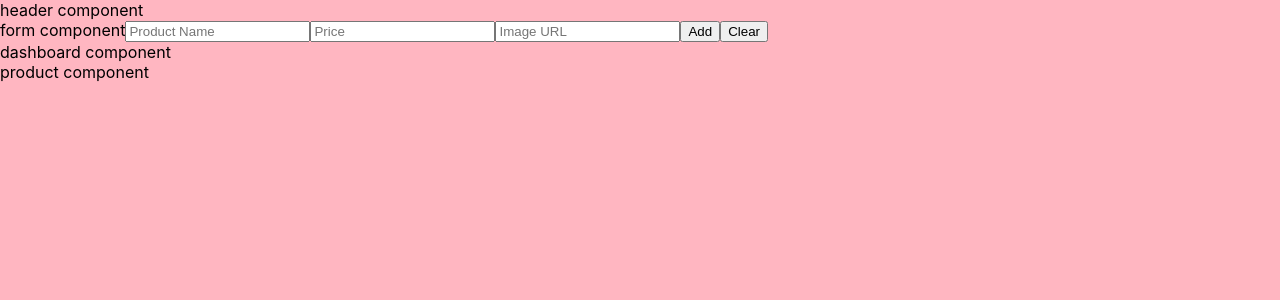
Repository: ooter37/shelfie
Page: /
These files come from the project's save history. The page is drawn as it stood at one moment and after the next save; the edit follows.
The browser window is 1280 px wide. The pictures show the whole page.
The project was rebuilt for these pictures with package versions that can differ from the ones it lists, and the page was loaded fresh each time.

Above is the page before, as saved 2020-04-03 10:49:02.

After the next save:
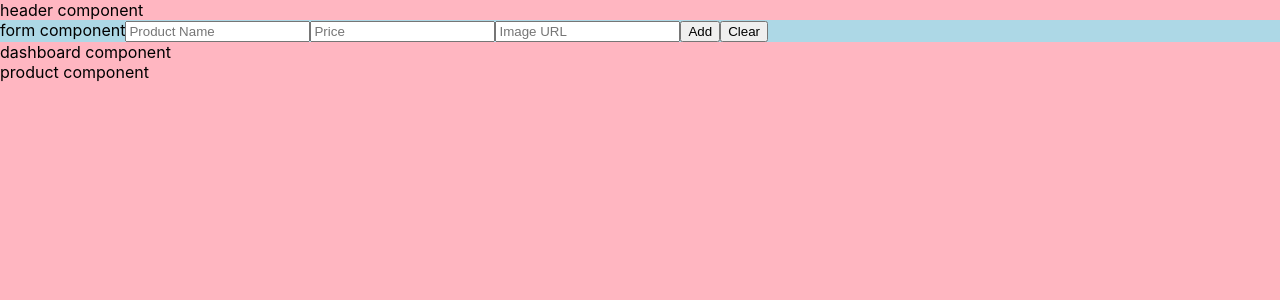
Saved 3 s later.
--- a/src/Components/Form/Form.js
+++ b/src/Components/Form/Form.js
@@ -40,7 +40,7 @@ export default class Form extends React.Component {
     render() {
         console.log(this.state)
         return (
-            <div className='form'>form component
+            <div className='form-component'>form component
                 <input
                     name='productName'
                     value={this.state.name}
